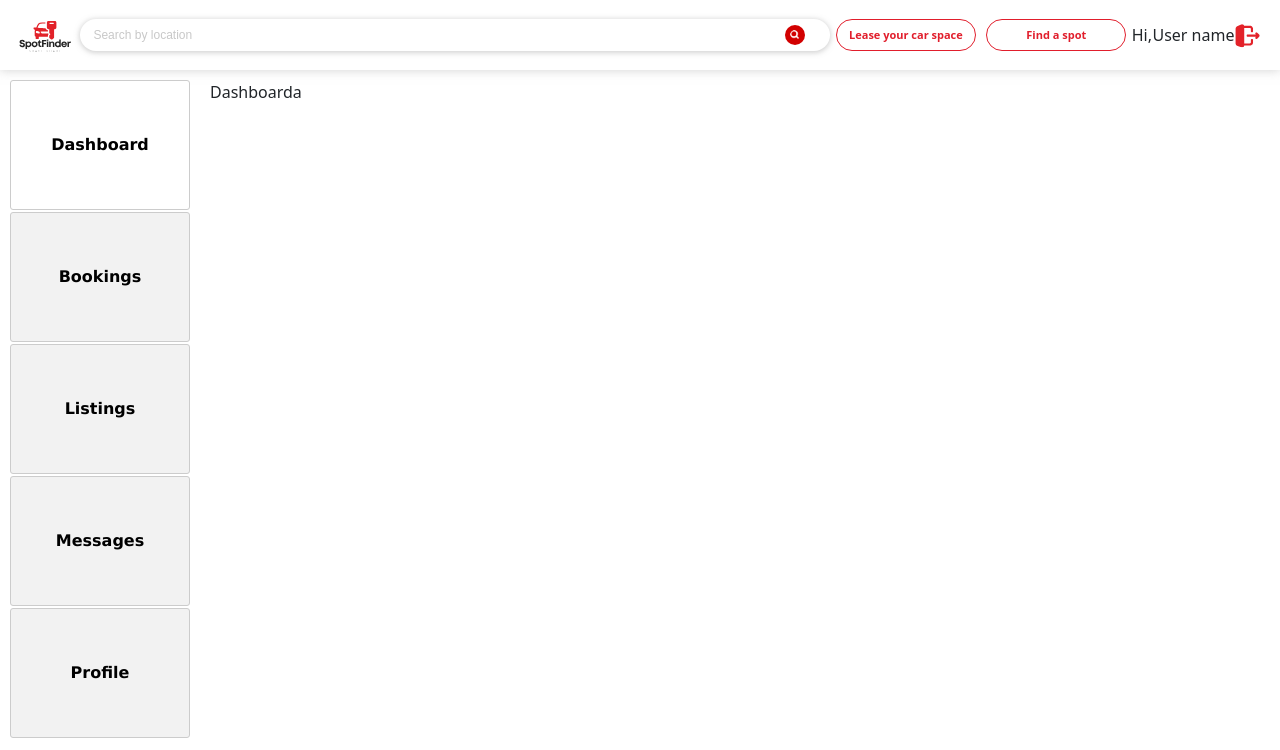
Repository: UNSWSpotFinder/SpotFinder
Page: /dashboard (app in frontend/)
The author's editor kept a copy of each file at every save. The page is drawn from the files as they stood at one save, then again after the next save.
The browser window is 1280 px wide. The pictures show the whole page.
The project was rebuilt for these pictures with package versions that can differ from the ones it lists, and the page was loaded fresh each time. Also part of the build but not shown: frontend/src/Login.css, frontend/src/Login.jsx, frontend/src/Regist.css, frontend/src/Regist.jsx, frontend/src/HomePage.jsx, frontend/src/App.css, frontend/src/components/Bookings.jsx, frontend/src/components/Listings.jsx and 2 more.

Above is the page before, as saved 2024-03-09 20:54:55.

### frontend/src/App.jsx
import logo from './logo.svg';
import React, {
  useState,
  useEffect,
  useRef,
  ChangeEvent,
  LabelHTMLAttributes,
  createContext,
  useContext,
  ReactNode,
} from 'react';
import {HomePageLarge,HomePageAdminSmall,HomePageAdminLarge,HomePageSmall} from './HomePage';
import { ErrorProvider, GlobalSnackbar, ErrorContext } from './API';
import { BrowserRouter, Routes, Route, Link } from 'react-router-dom';
import './App.css';

// 导入Dashboard相关页面组件
import DashboardTop from './components/DashboardTop';
import Dashboard from './components/Dashboard';
import Bookings from './components/Bookings';
import Listings from './components/Listings';
import Profile from './components/Profile';
import Messages from './components/Messages';

function App() {
  const [windowWidth, setWindowWidth] = useState(window.innerWidth);
  useEffect(() => {
    // 添加一个事件监听器，以便在窗口大小改变时更新windowWidth状态
    const handleResize = () => {
      setWindowWidth(window.innerWidth);
    };
    window.addEventListener('resize', handleResize);
    // 清除事件监听器以避免内存泄漏
    return () => {
      window.removeEventListener('resize', handleResize);
    };
  }, []);
  let layoutComponentHost;
  let LayoutComponentHome;
  let LayoutDetail;
  if (windowWidth > 760) {
    layoutComponentHost = null;
    LayoutComponentHome = <HomePageLarge/>;
    LayoutDetail = null;
  } else {
    layoutComponentHost = null;
    LayoutComponentHome = <HomePageSmall/>;;
    LayoutDetail = null;
  }
  return(
    <ErrorProvider>
      <GlobalSnackbar/>
        <BrowserRouter>
          <Routes>
            <Route path="/user/*" element={LayoutComponentHome} />
            {/* DashboardTop作为父路由 */}
            <Route path="/dashboard" element={<DashboardTop />}>
            <Route index element={<Dashboard />} />
            <Route path="bookings" element={<Bookings />} />
            <Route path="listings" element={<Listings />} />
            <Route path="messages" element={<Messages />} />
            <Route path="profile" element={<Profile />} />
          </Route>
            {/* Keep the wildcard route to catch all and render Home */}
            <Route path="/*" element={LayoutComponentHome} />
          </Routes>
        </BrowserRouter>
    </ErrorProvider>
  )
}

export default App;

### frontend/src/API.jsx
import Alert from '@mui/material/Alert';
import Snackbar from '@mui/material/Snackbar';
import Button from '@mui/material/Button';
import Stack from '@mui/material/Stack';
import React, { useState, useEffect, createContext,useContext } from 'react';

import { styled } from '@mui/material';
const port = '8080';
export const meetErrorLog = (error) => {
    console.log(error);
    let errorText = '';
    // switch case to show the error
    switch (error) {
      case 'info':
        errorText = 'Invalid username or password !';
        break;
      case 'access':
        errorText = 'No permission, please log in first!';
        break;
      default:
        errorText = 'Network error! Please try again.';
        break;
    }
    return errorText;
  };
export const ErrorContext = createContext({
    snackbarData: { severity: 'info', message: '1',timestamp: new Date().getTime()},
    setOpenSnackbar: () => {}, // 提供一个空函数避免调用时出错
  });
export const useError = () => useContext(ErrorContext);
export const ErrorProvider = ({ children }) => {
  const [snackbarData, setSnackbarData] = useState({
    severity: 'success',
    message: '',
    timestamp: new Date().getTime()
  });
  const setOpenSnackbar = (data) => {
    setSnackbarData(data);
  };
  return (
    <ErrorContext.Provider value={{snackbarData,setOpenSnackbar}}>
      {children}
    </ErrorContext.Provider>
  );
};
// The message to be displayed in the Snackbar
export const GlobalSnackbar = () => {
const { snackbarData, setOpenSnackbar } = useError();
// State to manage the visibility of the Snackbar
const [open, setOpen] = useState(false);
  useEffect(() => {
    console.log('Alert severity:', snackbarData.severity);
    console.log('Alert :', snackbarData.message);
    if (snackbarData.message) {
      setOpen(true);
    }
  }, [snackbarData.message, snackbarData.timestamp]);

  const handleClose = (event, reason) => {
    if (reason === 'clickaway') {
      return;
    }
    setOpen(false);
  };

return (
    // Snackbar component with automatic hiding and custom styling
    <Snackbar open={open} autoHideDuration={6000} onClose={handleClose}>
        <Alert onClose={handleClose} severity={snackbarData.severity}>
        {snackbarData.message}
        </Alert>
  </Snackbar>
);
};
export const callAPIsendEmailCode = (path,input)=>{
    return new Promise((resolve, reject) =>{
        fetch('http://localhost:'+String(port)+'/'+String(path),{
        method:'POST',
        headers: { 'Content-Type': 'application/json' },
        body:JSON.stringify(input),
        })
        .then((response)=>{
            if(response.ok){
                console.log('success');
                console.log(response);
                return resolve(response);
            }
            else if (response.status===400){
                const errorReason = 'Email not correct!';
                return reject(errorReason);
            }
            else{
                const errorReason = 'There is a problem with the network connection!';
                return reject(errorReason);
            }
        })
        .catch((error)=>{
            console.log(error);
        })
    })

}
export const callAPIverifyEmailCode = (path,input)=>{
    return new Promise((resolve, reject) =>{
        console.log(input);
        console.log('http://localhost:'+String(port)+'/'+String(path));
        fetch('http://localhost:'+String(port)+'/'+String(path),{
        method:'POST',
        headers: { 'Content-Type': 'application/json' },
        body:JSON.stringify(input),
        })
        .then((response)=>{
            if(response.ok){
                console.log('success');
                return resolve(response.json());
            }
            else if (response.status===400){
                const errorReason = 'Incorrect verification code.';
                return reject(errorReason);
            }
            else{
                const errorReason = 'There is a problem with the network connection!';
                return reject(errorReason);
            }
        })
        .catch((error)=>{
            console.log(error);
        })
    })

}
export const callAPIloginUser=(path,input)=>{

}
// 用户注册
export const callAPIRegistUser=(path,input)=>{
     return new Promise((resolve, reject) =>{
        console.log(input);
        console.log('http://localhost:'+String(port)+'/'+String(path));
        fetch('http://localhost:'+String(port)+'/'+String(path),{
        method:'POST',
        headers: { 'Content-Type': 'application/json' },
        body:JSON.stringify(input),
        })
        .then((response)=>{
            if(response.ok){
                console.log('success');
                return resolve(response.json());
            }
            else if (response.status===417){
                const errorReason = 'This email has been registed!';
                return reject(errorReason);
            }
            else{
                const errorReason = 'There is a problem with the network connection!';
                return reject(errorReason);
            }
        })
        .catch((error)=>{
            console.log(error);
        })
    })
}
// 用户登录
export const callAPILoginUser=(path,input)=>{
    return new Promise((resolve, reject) =>{
       console.log(input);
       console.log('http://localhost:'+String(port)+'/'+String(path));
       fetch('http://localhost:'+String(port)+'/'+String(path),{
       method:'POST',
       headers: { 'Content-Type': 'application/json' },
       body:JSON.stringify(input),
       })
       .then((response)=>{
           if(response.ok){
               console.log('success');
               return resolve(response.json());
           }
           else if (response.status===401){
               const errorReason = 'Username does not exist or password is incorrect!';
               return reject(errorReason);
           }
           else{
               const errorReason = 'There is a problem with the network connection!';
               return reject(errorReason);
           }
       })
       .catch((error)=>{
           console.log(error);
       })
   })
}
// 密码修改
export const callAPIResetPwdUser=(path,input)=>{
    return new Promise((resolve, reject) =>{
       console.log(input);
       console.log('http://localhost:'+String(port)+'/'+String(path));
       fetch('http://localhost:'+String(port)+'/'+String(path),{
       method:'POST',
       headers: { 'Content-Type': 'application/json' },
       body:JSON.stringify(input),
       })
       .then((response)=>{
           if(response.ok){
               console.log('success');
               return resolve(response.json());
           }
           else if (response.status===401){
               const errorReason = 'Username does not exist or password is incorrect!';
               return reject(errorReason);
           }
           else{
               const errorReason = 'There is a problem with the network connection!';
               return reject(errorReason);
           }
       })
       .catch((error)=>{
           console.log(error);
       })
   })
}

### frontend/src/components/DashboardTop.jsx
import React from 'react';
import { NavLink, Outlet } from 'react-router-dom';
import './DashboardTop.css';
import '../HomePage.css';

const DashboardTop = () => {
  return (
    <div className="dashboard-top">
      <div className="Navbar">
        {/* Logo图像 */}
        <img src='/img/LOGO.svg' className='Applogo'></img>
        {/* 搜索区域 */}
        <div className='SearchPart'>
          <img className='searchbtn' src='/img/search.png'></img>
          <input className='Searchbar' placeholder='Search by location'></input>
        </div>
        <button className='top-button'>Lease your car space</button>
        <button className='top-button'>Find a spot</button>
        <span> Hi,</span>
        <span>User name  </span>
        <button className="button-with-image">
          <img src='/img/SignOut.svg' alt='Sign Out' className='sign-out-img' />
        </button>
      </div>

      {/* Top以下区域 */}
      <div className="content-area">
        {/* 侧边栏 */}
        <div className="side-nav">
          <NavLink to="/dashboard" className={({ isActive }) => isActive ? 'side-nav-spcific active' : 'side-nav-spcific'} end>Dashboard</NavLink>
          <NavLink to="/dashboard/bookings" className={({ isActive }) => isActive ? 'side-nav-spcific active' : 'side-nav-spcific'}>Bookings</NavLink>
          <NavLink to="/dashboard/listings" className={({ isActive }) => isActive ? 'side-nav-spcific active' : 'side-nav-spcific'}>Listings</NavLink>
          <NavLink to="/dashboard/messages" className={({ isActive }) => isActive ? 'side-nav-spcific active' : 'side-nav-spcific'}>Messages</NavLink>
          <NavLink to="/dashboard/profile" className={({ isActive }) => isActive ? 'side-nav-spcific active' : 'side-nav-spcific'}>Profile</NavLink>

        </div>
        {/* 主要内容区域 */}
        <div className="main-content">
          <Outlet />
        </div>
      </div>
    </div>
  );
};

export default DashboardTop;

### frontend/src/components/Dashboard.jsx
import React from 'react';
import DashboardTop from './DashboardTop';

const Dashboard = () => {
  // 组件的状态和逻辑

  return (
    <div className='Dashboard'>
      {/* 组件的JSX结构 */}
      Dashboarda
    </div>
  );
}

export default Dashboard;

### frontend/src/components/DashboardTop.css
/* DashboardTop.css */

/* 整体布局 */
.dashboard-top {
    display: flex;
    flex-direction: column;
    height: 100vh; /* 使布局填满整个视口高度 */
  }

/* 顶部导航部分 */
.top-button {
    padding: 7px 10px;
    margin: 0 5px;
    border: 1px solid #e11e2c;
    border-radius: 25px;
    width: 140px;
    outline: none;
    background-color: #fff;
    cursor: pointer;
    box-shadow: none;
    transition: box-shadow 0.3s;
    font-size: 11px;
    color: #e11e2c;
    font-weight: bold;
  }

.top-button:hover {
    box-shadow: 0 0 10px #f66; /* 鼠标悬停时的外部阴影 */
  }

.top-button:active {
    box-shadow: inset 0 0 10px #f66; /* 点击时的内部阴影 */
  }
.sign-out-img {
    height: 25px;
    margin-right: 10px;
  }

.button-with-image {
    background: none; /* 无背景 */
    border: none; /* 无边框 */
    padding: 0; /* 无内边距 */
  }

/* TODO: */
/* Top以下区域，包含侧边导航和主内容区 */
.content-area {
    display: flex;
    flex-grow: 1; /* 占据剩余空间 */
  }

/* 侧边导航样式 */
.side-nav {
    display: flex;
    flex-direction: column;
    width: 200px; /* 定宽 */

    padding: 10px; /* 内边距 */
  }

.side-nav-spcific {
    background-color: #f5f5f5; /* 浅色背景 */
    height: 130px;
    margin-bottom: 2px;
    border-radius: 3px; /* 圆角 */
    padding: 10px; /* 内边距 */
    border: 1px solid #cccccc; /* 添加边框 */
    background-color: #f2f2f2; /* 初始背景颜色 */
    cursor: pointer; /* 鼠标悬停时变为手形图标 */
    transition: background-color 0.3s, box-shadow 0.3s; /* 过渡动画效果 */
    display: flex; /* 使用flex布局 */
    align-items: center; /* 垂直居中 */
    justify-content: center; /* 水平居中 */
    font-weight: bold; /* 文字加粗 */
    font-family:'Lucida Sans', 'Lucida Sans Regular', 'Lucida Grande', 'Lucida Sans Unicode', Geneva, Verdana, sans-serif;
    text-decoration: none; /* 去除下划线 */
    color: black; /* 文字颜色，可以根据需求更改 */

  }
  /* 鼠标悬停时的样式 */
.side-nav-spcific:hover {
    background-color: #ffffff; /* 悬停时的背景颜色变为白色 */
    box-shadow: 0 0 10px rgba(0, 0, 0, 0.2); /* 悬停时的外部阴影效果 */
  }
  /* 点击时的样式 */
.side-nav-spcific:active {
    box-shadow: inset 0 0 10px rgba(0, 0, 0, 0.2); /* 点击时的内部阴影效果 */
  }

  /* 当前激活的导航项样式 */
.side-nav-spcific.active {
    background-color: #fff; /* 选中项的背景颜色 */
    /* 可以添加更多的样式来区分激活的导航项 */
  }

/* 主内容区域样式 */
.main-content {
    flex-grow: 1; /* 占据剩余空间 */
    padding: 10px; /* 内边距 */
  }

Loaded but not shown: frontend/public/index.html (common file); frontend/src/index.js (common file); frontend/src/index.css (common file); frontend/src/reportWebVitals.js (common file); frontend/src/HomePage.css (505 lines, source omitted)

After the next save:
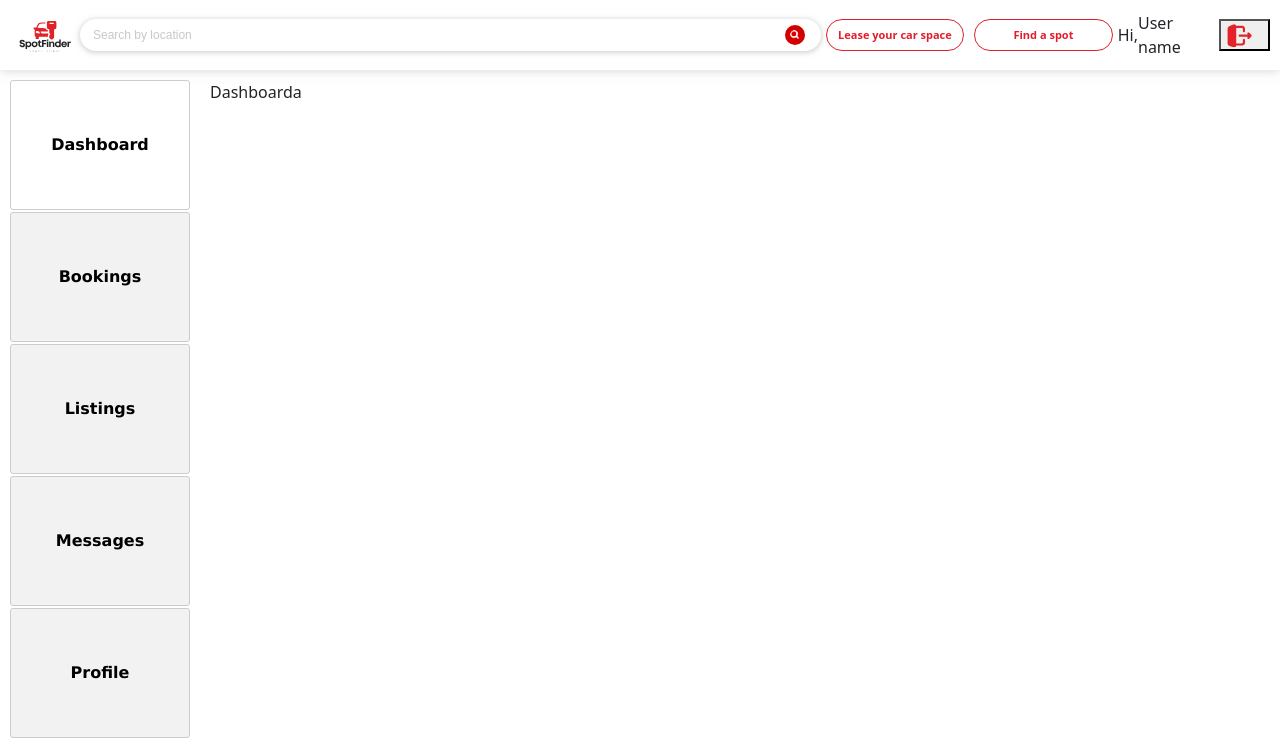
Saved 38 s later.
--- a/frontend/src/components/DashboardTop.css
+++ b/frontend/src/components/DashboardTop.css
@@ -36,11 +36,7 @@
     margin-right: 10px;
   }
 
-.button-with-image {
-    background: none; /* 无背景 */
-    border: none; /* 无边框 */
-    padding: 0; /* 无内边距 */
-  }
+
 
 /* TODO: */
 /* Top以下区域，包含侧边导航和主内容区 */

After the save that followed:
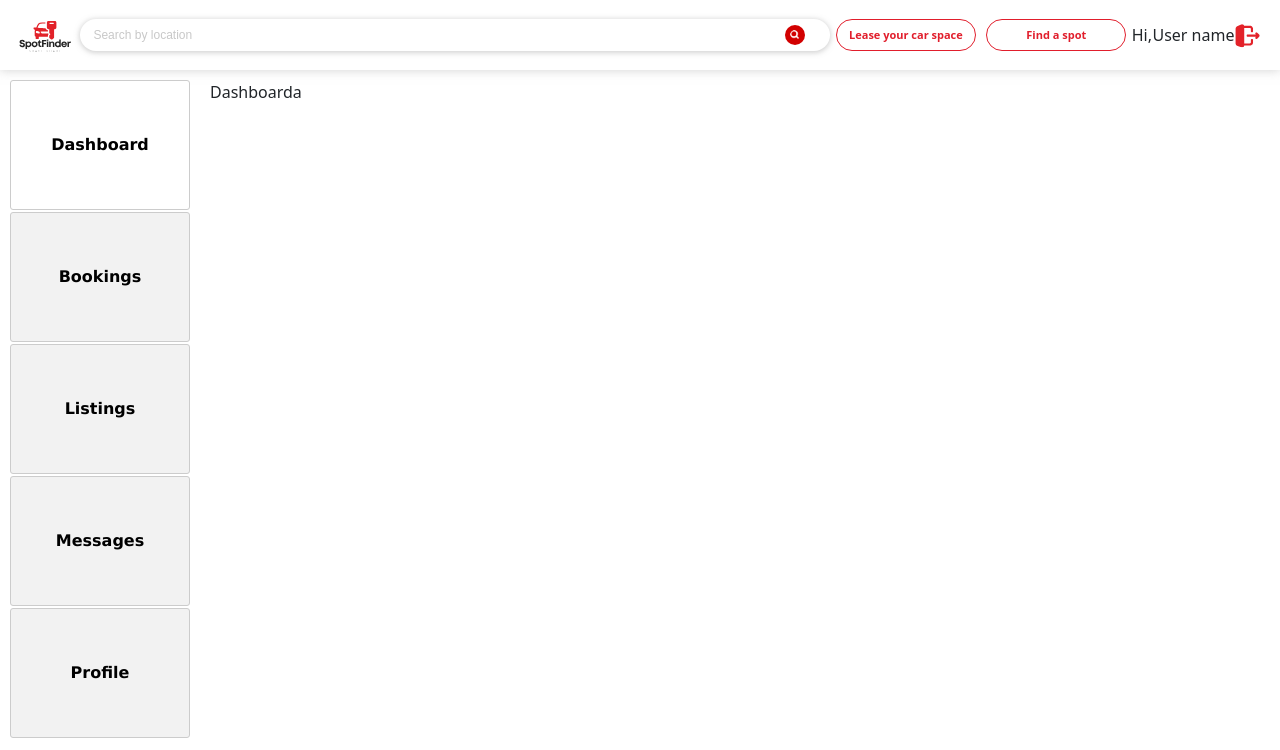
Saved 5 s later.
--- a/frontend/src/components/DashboardTop.css
+++ b/frontend/src/components/DashboardTop.css
@@ -36,7 +36,11 @@
     margin-right: 10px;
   }
 
-
+.button-with-image {
+    background: none; /* 无背景 */
+    border: none; /* 无边框 */
+    padding: 0; /* 无内边距 */
+  }
 
 /* TODO: */
 /* Top以下区域，包含侧边导航和主内容区 */
